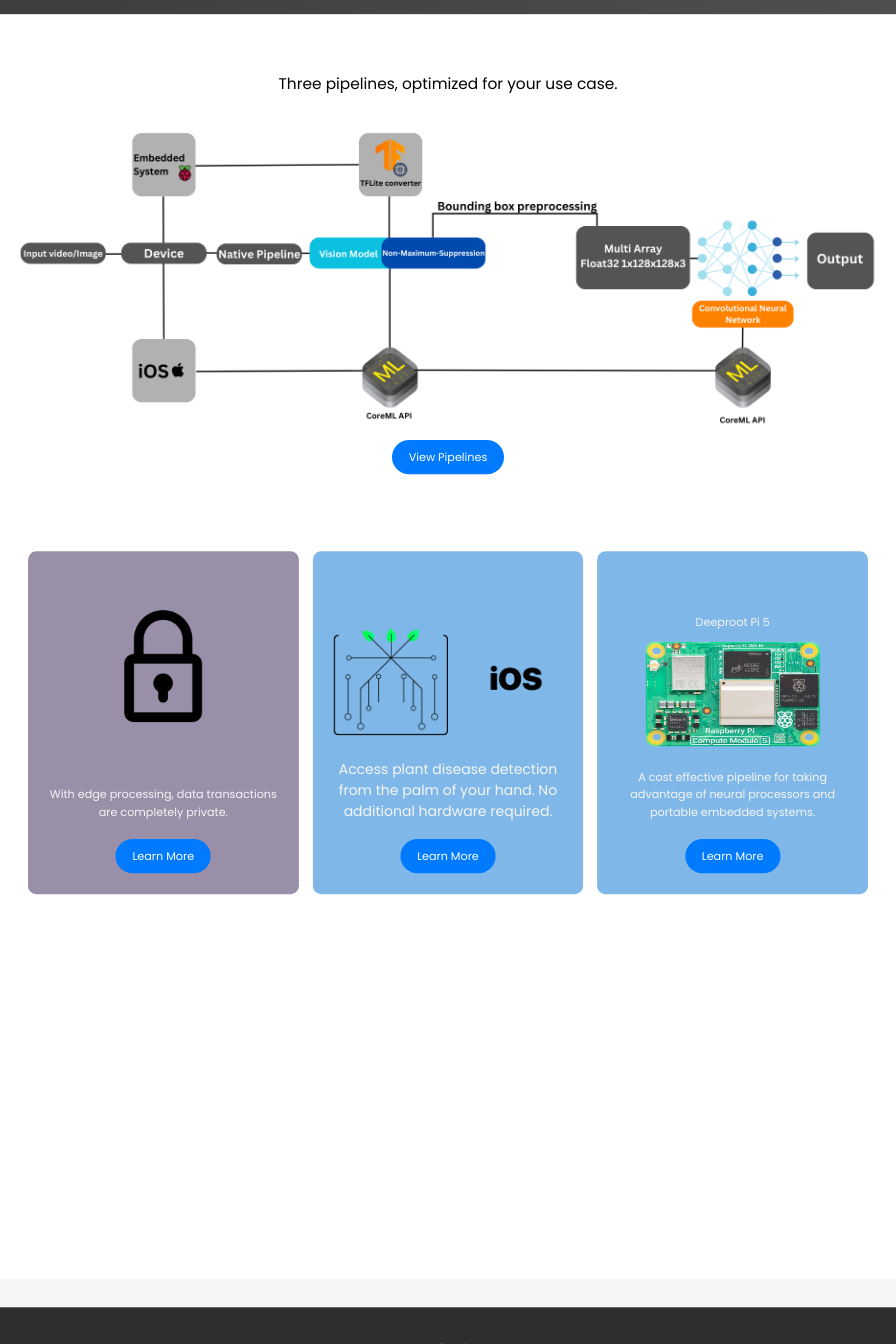
Repository: jss1118/The-Deeproot-Project
Page: Website/index.html
An editor plug-in stored every save of this project. The page is shown before and after the next save, followed by the edit.
The browser window is 1280 px wide. The pictures show the part of the page from y = 1161 to 3081 px (the page is 3212 px tall), at 70% of full size.

Above is the page before, as saved 2025-03-21 19:55:58.

### Website/index.html
<!DOCTYPE html>
<html lang="en">

<head>
  <meta charset="UTF-8">
  <meta name="viewport" content="width=device-width, initial-scale=1.0">
  <title>Deeproot A.I</title>
  <link href="https://fonts.googleapis.com/css2?family=Poppins:wght@400;600&display=swap" rel="stylesheet">
  <style>
    body {
      margin: 0;
      font-family: 'Poppins', sans-serif;
      overflow-x: hidden;
      background-color: #f5f5f5;
    }

    nav {
      background: rgba(22, 22, 22, 0.9);
      position: sticky;
      top: 0;
      width: 100%;
      z-index: 1000;
      display: flex;
      justify-content: center;
    }

    .navlinks {
      list-style: none;
      display: flex;
      gap: 30px;
      padding: 15px;
      margin: 0;
    }

    .navlink, .navicon svg {
      color: #d3d3d3;
      text-decoration: none;
      transition: color 0.3s;
    }

    .navlink:hover, .mainpagelink a:hover {
      color: white;
    }

    .mainpage2, .mainpage3, .mainpage4 {
      padding: 60px 20px;
      text-align: center;
    }

    .mainpage2 {
      background: linear-gradient(135deg, #2e2e2e, #4f4f4f);
      color: white;
    }

    .mainpage2 img, .mainpage3 img, .promo1 img {
      max-width: 100%;
      height: auto;

    }

    .mp2-title1 {
      font-size: 56px;
      font-weight: 600;
      margin-bottom: 15px;
    }

    .mp2-desc, .mp3desc {
      font-size: 22px;
      margin-bottom: 25px;
    }

    .mainpagelink a {
      display: inline-block;
      margin: 10px;
      padding: 12px 24px;
      background: #007aff;
      color: white;
      border-radius: 25px;
      text-decoration: none;
      transition: background 0.3s;
    }

    .mainpage3 {
      background: white;
    }

    .mainpage3 img {
      margin-top: 20px;
      border-radius: 12px;
    }

    .mainpage4 {
      display: grid;
      grid-template-columns: repeat(auto-fit, minmax(300px, 1fr));
      gap: 20px;
      background-color: white;
      padding: 40px;
    }

    .promo1, .promo2, .promo3, .promo4, .promo5, .promo6 {
      background-size: cover;
      background-position: center;
      height: 450px;
      display: flex;
      flex-direction: column;
      justify-content: flex-end;
      padding: 20px;
      color: white;
      border-radius: 12px;
      position: relative;
    }

    .promo1 img, .promo2 img, .promo3 img, .promo4 img, .promo5 img, .promo6 img {
      margin-bottom: 10px;
    }

    .promo1 {
      background-color: #9a8fa8;
      color: #f5f5f5;
    }
    .promo2 {
      background-color: #7fb8e8;
      color: #f5f5f5;
      background-size: cover;
      background-position: center;
      height: 450px;
      display: flex;
      flex-direction: column;
      justify-content: flex-end;
      padding: 20px;
      border-radius: 12px;
      position: relative;
    }
    .promo2 p {
      font-size: 20px;
      margin-bottom: 15px;
    }

    .promo3 {
      background-color: #7fb8e8;
      color: #f5f5f5;
      background-size: cover;
      background-position: center;
      height: 450px;
      display: flex;
      flex-direction: column;
      justify-content: flex-end;
      padding: 20px;
      border-radius: 12px;
      position: relative;
    }
    .promo1 img {
      width: 160px;
      height: auto;
      margin: 0 auto 15px auto;
      display: block;
      background: none;
      position: relative;
      bottom: 60px;
    }

    .promo2 img {
      width: 360px;
      height: 400px;
      margin: 0 auto 15px auto;
      display: block;
      border-radius: 10px;

      position: relative;
      top: 100px;
    }
    .promo3 img {
      width: 250px;
      height: 150px;
      margin: 0 auto 15px auto;
      display: block;
      border-radius: 10px;

      position: relative;

    }

    footer {
      background-color: #2e2e2e;
      color: #ccc;
      text-align: center;
      padding: 30px 20px;
      margin-top: 40px;
    }

    footer a {
      color: #007aff;
      text-decoration: underline;
    }

    @media (max-width: 768px) {
      .mp2-title1 { font-size: 40px; }
      .mp2-desc, .mp3desc { font-size: 18px; }
      .mainpagelink a { padding: 10px 20px; }
    }
  </style>
</head>

<body>
  <nav>
    <ul class="navlinks">
      <li><a class="navlink" href="/">iOS</a></li>
      <li><a class="navlink" href="/applestore">Raspberry Pi 5</a></li>
      <li><a class="navlink" href="/">Native</a></li>
      <li><a class="navlink" href="/">State-of-the-art Models</a></li>
      <li><a class="navlink" href="/">Developers</a></li>
    </ul>
  </nav>

  <section class="mainpage2">
    <h1 class="mp2-title1">Deeproot</h1>
    <p class="mp2-desc">Portable. Fast. Secure.</p>
    <p class="mp2-desc">The all-in-one automated solution for early plant disease detection.</p>
    <div class="mainpagelink"><a href="#">Learn More</a></div>
    <img src="wide logo.png" alt="Deeproot Logo">
  </section>

  <section class="mainpage3">
    <p class="mp3desc">Three pipelines, optimized for your use case.</p>
    <img src="newgraph.png" alt="Machine Learning Pipelines">
    <div class="mainpagelink"><a href="#">View Pipelines</a></div>
  </section>

  <section class="mainpage4">
    <div class="promo1">
      <img src="lock.fill.png" alt="Promo icon">
      <p>With edge processing, data transactions are completely private. </p>
      <div class="mainpagelink"><a href="#">Learn More</a></div>
    </div>
    <div class="promo2">
      <img src="deeprootios.png" alt="ios icon">
      <p>Access plant disease detection from the palm of your hand. No additional hardware required.</p>
      <div class="mainpagelink"><a href="#">Learn More</a></div>
    </div>



    <div class="promo3">
      <p class="deeprootfont">Deeproot Pi 5</p>
      <img src="piembedded.png" alt="Raspberry pi embedded">
      <p>A cost effective pipeline for taking advantage of neural processors and portable embedded systems.</p>
      <div class="mainpagelink"><a href="#">Learn More</a></div>
    </div>
    <div class="promo4"></div>
    <div class="promo5"></div>
    <div class="promo6"></div>
  </section>

  <footer>
    <p>The Deeproot Project by <a href="https://github.com/iamreiyn">Josh Stanley</a></p>
    <p>Deeproot started by Josh Stanley as an 8th grade science project and grew into a full application, helping farmers detect plant diseases early. It combines deep learning and computer vision to protect crops in a cost-effective and automated way.</p>
  </footer>
</body>
</html>

After the next save:
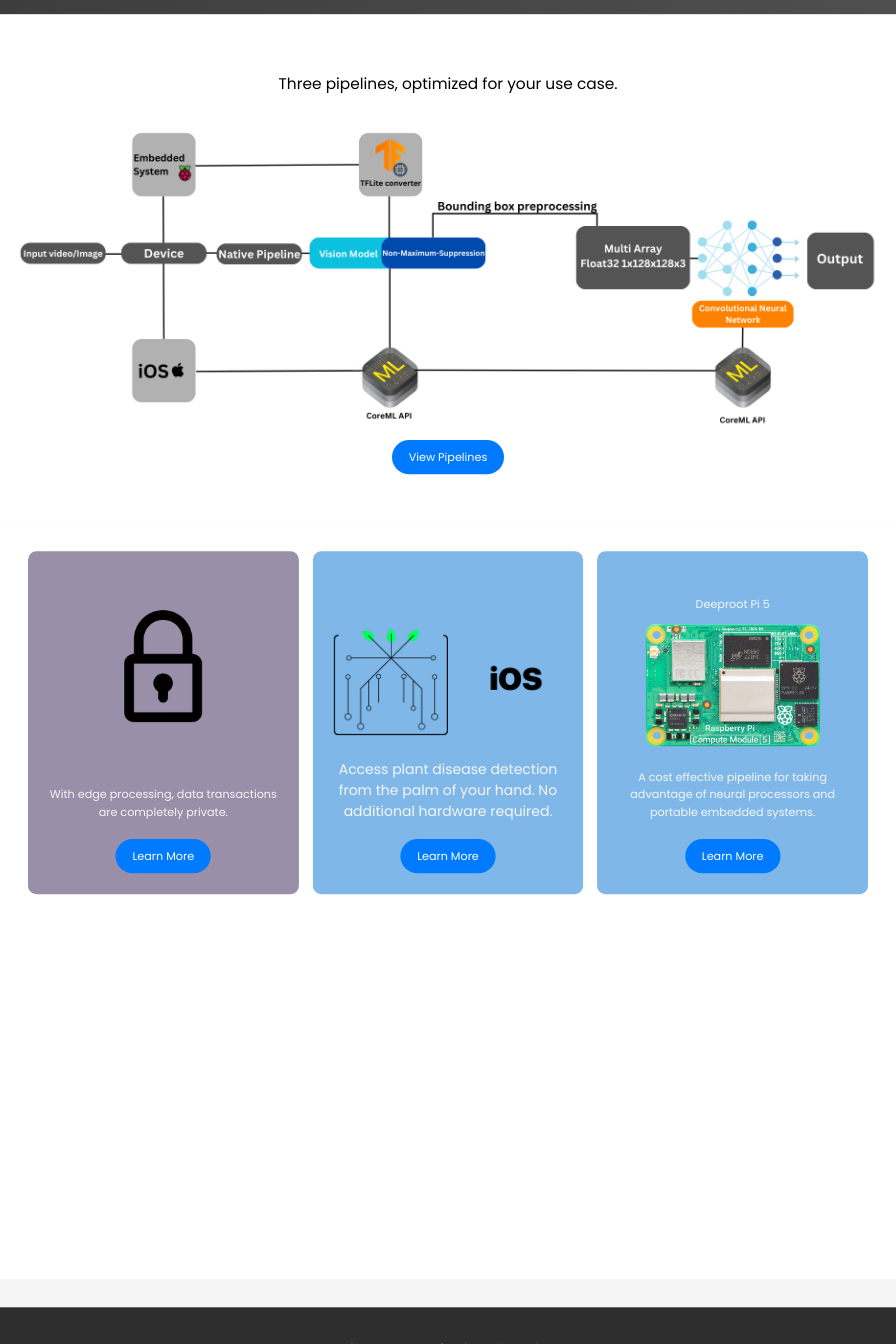
Saved 4 s later.
--- a/Website/index.html
+++ b/Website/index.html
@@ -171,7 +171,7 @@
     }
     .promo3 img {
       width: 250px;
-      height: 150px;
+      height: 175px;
       margin: 0 auto 15px auto;
       display: block;
       border-radius: 10px;
